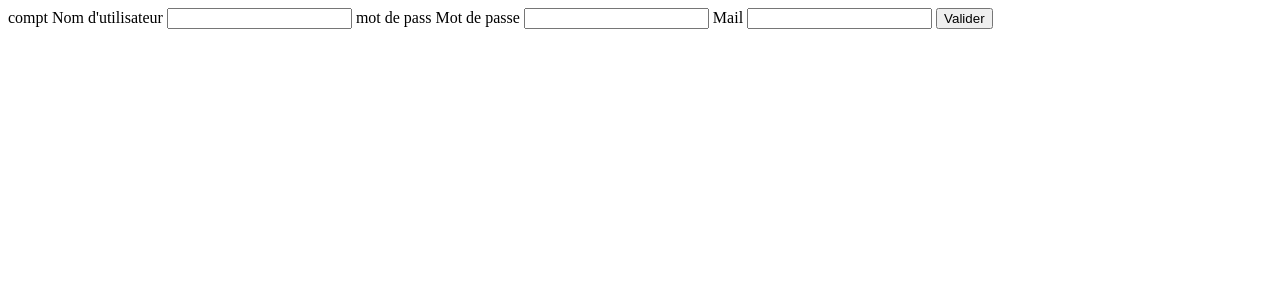
Repository: clairedupuich/serv_drone
Page: http://localhost/test.php
An editor plug-in stored every save of this project. The page is shown before and after the next save, followed by the edit.
The browser window is 1280 px wide. The pictures show the whole page.
The page is run by PHP 8.4 with error messages shown; the project is at /var/www/html/.

Above is the page before, as saved 2021-06-01 20:34:05.

After the next save:
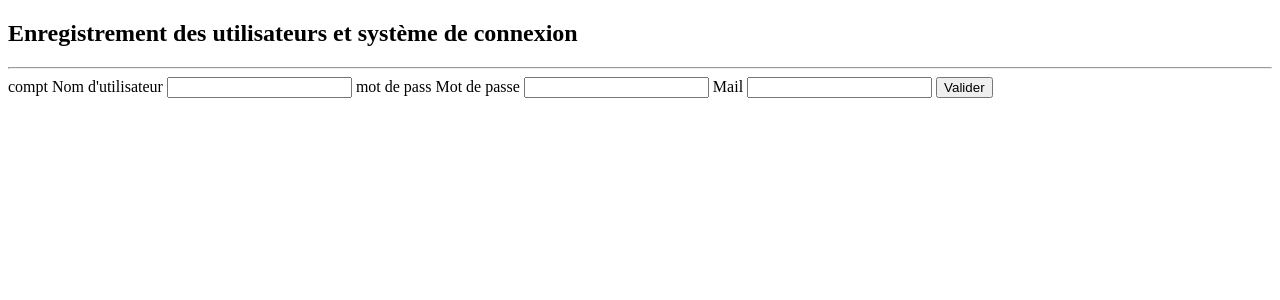
Saved 28 s later.
--- a/test.php
+++ b/test.php
@@ -53,6 +53,8 @@
 
 
     ?>
+     <h2>Enregistrement des utilisateurs et système de connexion</h2>
+<hr>
         <form action="#" method="POST">
 
 
